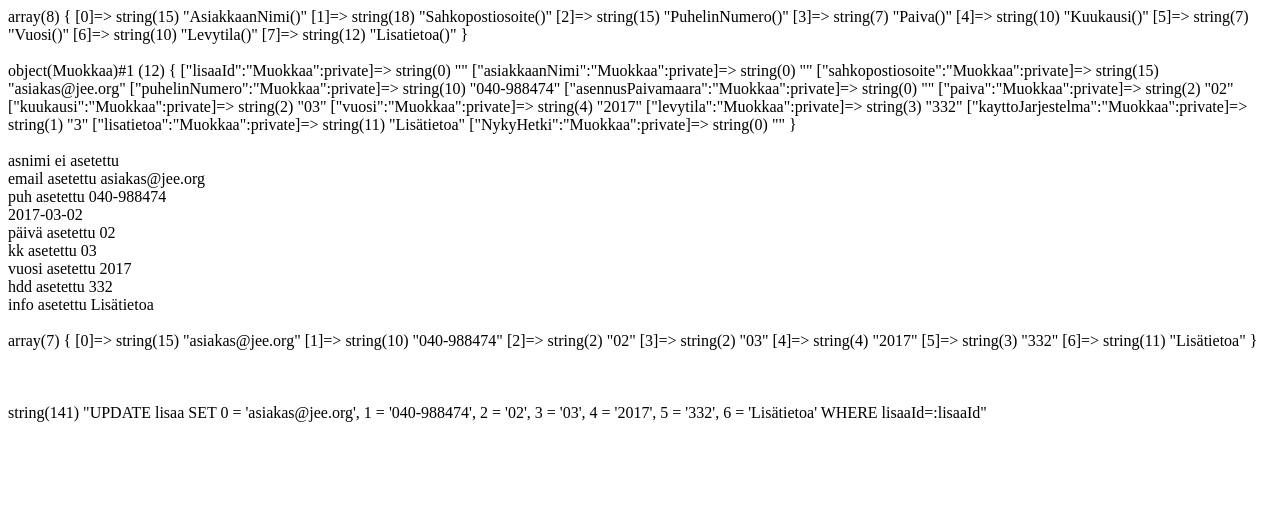
Repository: TommiKurjensalo/php
Page: http://localhost/test/function_to_function.php
An editor plug-in stored every save of this project. The page is shown before and after the next save, followed by the edit.
The browser window is 1280 px wide. The pictures show the whole page.
The page is run by PHP 8.4 with error messages shown; the project is at /var/www/html/.

Above is the page before, as saved 2017-04-25 17:16:07.

After the next save:
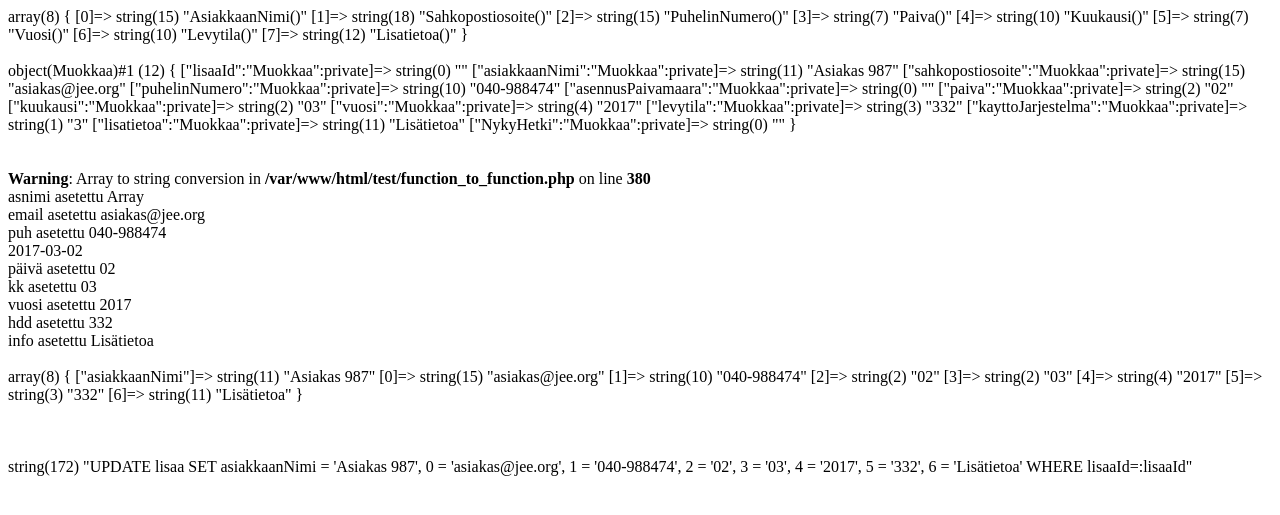
Saved 25 s later.
--- a/sivut/test/function_to_function.php
+++ b/sivut/test/function_to_function.php
@@ -1,6 +1,6 @@
 <?php
 
-$m = new Muokkaa("","asiakas@jee.org","040-988474","02","03","2017","332","3","Lisätietoa");
+$m = new Muokkaa("Asiakas 987","asiakas@jee.org","040-988474","02","03","2017","332","3","Lisätietoa");
 
 $m->muokkaaAsiakas($m);
 
